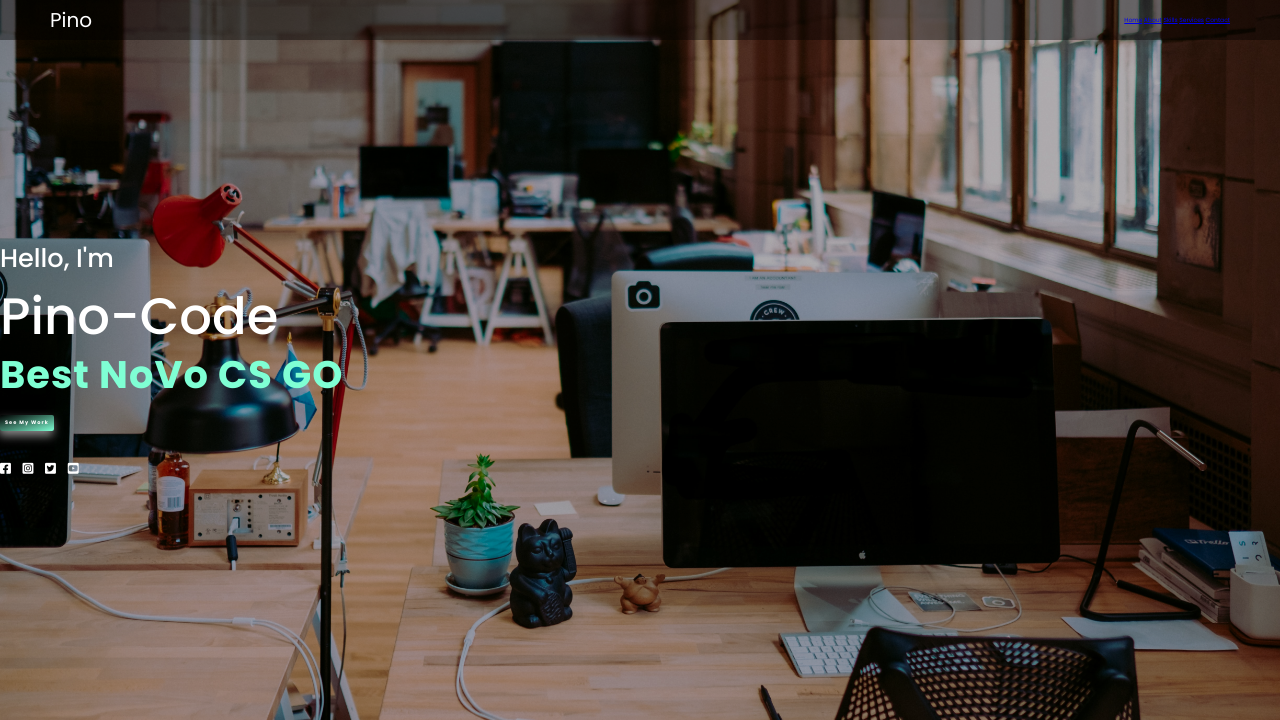
Repository: Pinocoding/New
Page: index.html
The author's editor kept a copy of each file at every save. The page is drawn from the files as they stood at one save, then again after the next save.
The browser window is 1280 px wide. The pictures show the whole page.

Above is the page before, as saved 2021-10-11 23:04:40.

### index.html
<!DOCTYPE html>
<html lang="en">
<head>
  <meta charset="UTF-8">
  <meta http-equiv="X-UA-Compatible" content="IE=edge">
  <meta name="viewport" content="width=device-width, initial-scale=1.0">
  <title>Document</title>
  <link rel="stylesheet" href="style.css">
  <link rel="stylesheet" href="https://cdnjs.cloudflare.com/ajax/libs/font-awesome/6.0.0-beta2/css/all.min.css" integrity="sha512-YWzhKL2whUzgiheMoBFwW8CKV4qpHQAEuvilg9FAn5VJUDwKZZxkJNuGM4XkWuk94WCrrwslk8yWNGmY1EduTA==" crossorigin="anonymous" referrerpolicy="no-referrer" />


</head>
<body>
  <header>
    <a href="#" class="brand">Pino</a>
    <div class="navigation">
        <a href="#main">home</a>
        <a href="#about">About</a>
        <a href="#skills">Skills</a>
        <a href="#Services">Services</a>
        <a href="#contact">Contact</a>
    </div>
  </header>
  <section class="main">
    <div class="layout"></div>
    <div class="content">
    <h2>hello, I'm<br><span>Pino-code</span></h2>
    <div class="animated-text">
      <h3>FE developer</h3>
      <h3>Best Yasuo TT 7</h3>
      <h3>Best NoVo CS GO</h3>
    </div>
    <a href="#" class="btn">see my work</a>
    <div class="media-icon">
      <a href="#"><i class="fab fa-facebook-square"></i></a>
      <a href="#"><i class="fab fa-instagram-square"></i></a>
      <a href="#"><i class="fab fa-twitter-square"></i></a>
      <a href="#"><i class="fab fa-youtube-square"></i></a>
    </div>
  </div>


  </section>
  <script src="function.js"></script>
</body>
</html>

### style.css
@import url("https://fonts.googleapis.com/css2?family=Poppins:wght@300;400;500;700;800&display=swap");
* {
  font-size: 62.5%;
  font-family: "Poppins", sans-serif;
  margin: 0;
  padding: 0;
  box-sizing: border-box;
  text-transform: capitalize;
}
/* for header */
header {
  position: fixed;
  z-index: 99;
  background: rgba(0, 0, 0, 0.404);
  top: 0;
  left: 0;
  width: 100%;
  padding: 5px 5rem;
  display: flex;
  justify-content: space-between;
  align-items: center;
}
header .brand {
  text-decoration: none;
  font-size: 2rem;
  color: white;
}
header
/*  */
section {
  padding: 5rem 10rem;
}
/* for banner */
.main {
  position: relative;
  width: 100%;
  min-height: 100vh;
  display: flex;
  align-items: center;
  background: url("/img/01.jpg") no-repeat;
  background-size: cover;
  background-position: center;
  background-attachment: fixed;
  z-index: 1;
}
.main .layout {
  position: absolute;
  top: 0;
  left: 0;
  width: 100%;
  height: 100%;
  background: black;
  opacity: 0.3;
  z-index: -1;
}
.main .content {
  max-width: 100rem;
}
.main .content h2 {
  color: white;
  font-size: 2vw;
  font-weight: 500;
}
.main .content h2 span {
  font-size: 4vw;
}

.animated-text {
  position: relative;
  height: 4rem;
  overflow: hidden;
}
.animated-text h3 {
  color: aquamarine;
  font-size: 3vw;
  font-weight: 700;
  line-height: 40px;
  letter-spacing: 1px;
}
/* animated text for h3 */
.animated-text h3:nth-child(1) {
  animation: text-move 10s infinite;
}
@keyframes text-move {
  0% {
    margin-top: 0;
  }
  25% {
    margin-top: -40px;
  }
  50% {
    margin-top: -80px;
  }
  100% {
    margin-top: 0;
  }
}
/*  */
.btn {
  margin-top: 2rem;
  color: white;
  background: linear-gradient(to top left, aquamarine, transparent);
  font-size: 5px;
  font-weight: 700;
  display: inline-block;
  padding: 4px 5px;
  text-decoration: uppercase;
  text-decoration: none;
  letter-spacing: 1px;
  border-radius: 2px;
  box-shadow: -1px 5px 10px #888888;
  transition: 0.5s ease;
}
.btn:hover {
  transform: scale(1.1);
}

.media-icon {
  margin-top: 2rem;
}
.media-icon a {
  color: white;
  font-size: 2rem;
  margin-right: 1rem;
  transition-property: transform, color;
  transition: 0.2s;
}
.media-icon a:hover i {
  color: aquamarine;
  transform: translateY(-2px);
  transition: 0.2s;
}
/*  */

Loaded but not shown: function.js (no copy from this time; the picture is the same without it)

After the next save:
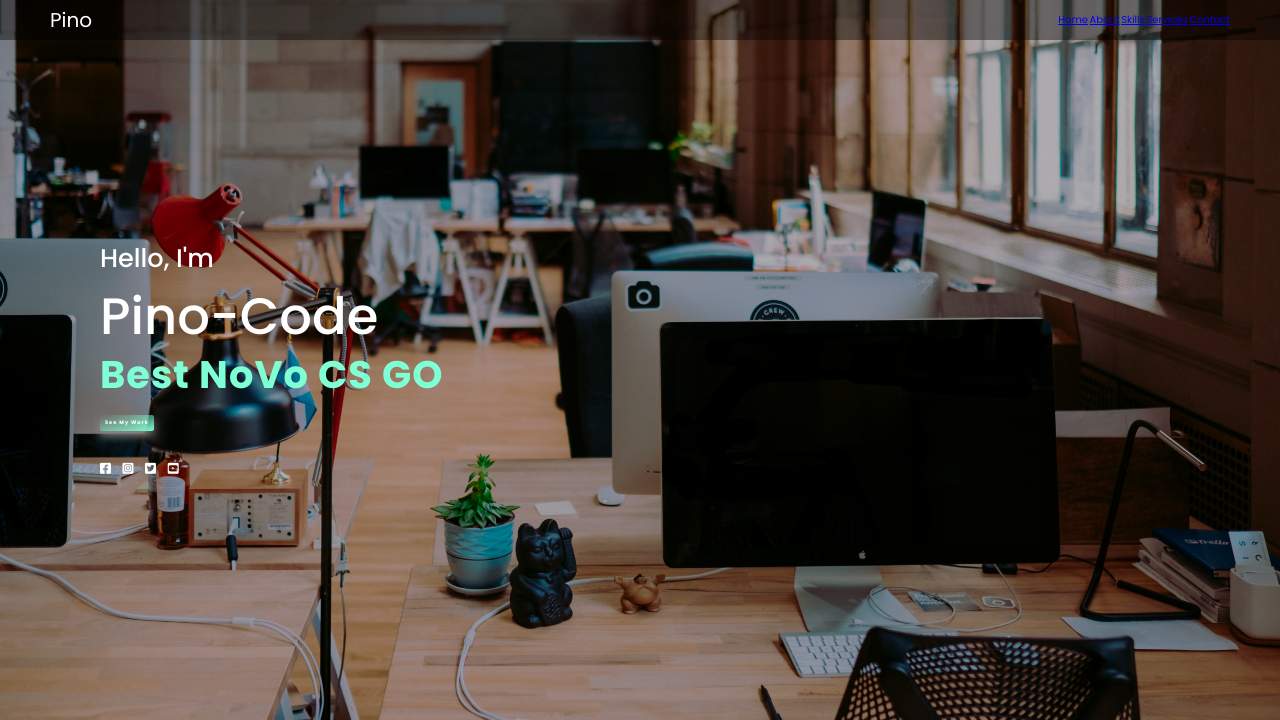
Saved 17 s later.
--- a/style.css
+++ b/style.css
@@ -25,7 +25,9 @@ header .brand {
   font-size: 2rem;
   color: white;
 }
-header
+header .navigation a {
+  font-size: 1rem;
+}
 /*  */
 section {
   padding: 5rem 10rem;
